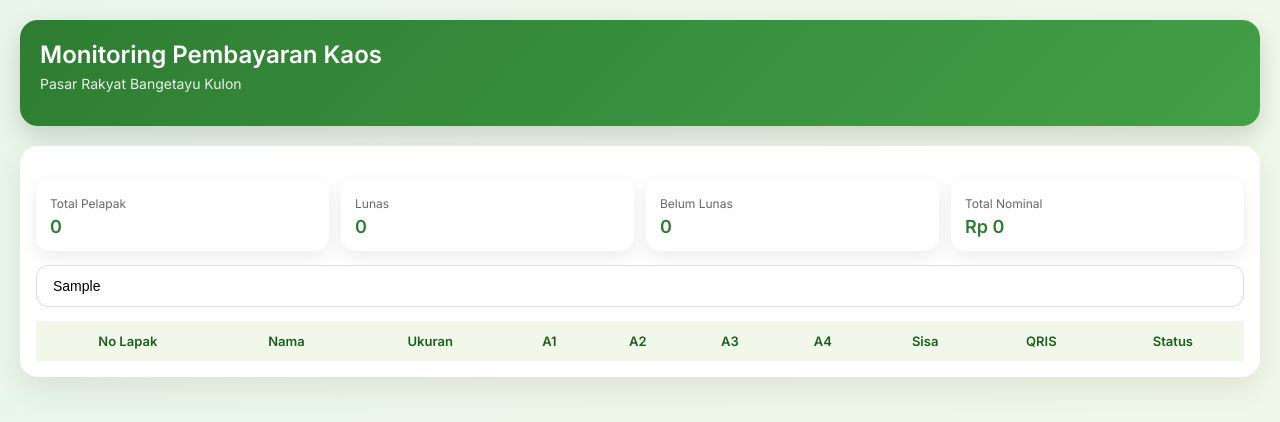
Repository: pasarrakyatbak/monitoringpembayarankaos
Page: index.html
These files come from the project's save history. The page is drawn as it stood at one moment and after a run of saves; the edit follows.
The browser window is 1280 px wide. The pictures show the whole page.
Empty fields were first filled with sample values (such as "Sample", 5 or name@example.com).
After loading, the first visible `#searchInput` was changed once.
The page's requests for data from a server got no answer.

Above is the page before, as saved 2026-01-04 13:56:54.

### index.html
<!DOCTYPE html>
<html lang="id">

<head>
    <meta charset="UTF-8">
    <meta name="viewport" content="width=device-width, initial-scale=1.0">
    <title>Monitoring Pembayaran Kaos</title>

    <!-- FONT -->
    <link rel="preconnect" href="https://fonts.googleapis.com">
    <link rel="preconnect" href="https://fonts.gstatic.com" crossorigin>
    <link href="https://fonts.googleapis.com/css2?family=Inter:wght@400;500;600&display=swap" rel="stylesheet">

    <link rel="stylesheet" href="style.css">
</head>

<body>

    <div class="app">

        <!-- HEADER -->
        <header class="header">
            <h1>Monitoring Pembayaran Kaos</h1>
            <p>Pasar Rakyat Bangetayu Kulon</p>
        </header>
        <!-- CARD -->
        <div class="card">

            <!-- RINGKASAN -->
            <div class="summary" id="summary">
                <div class="summary-card total">
                    <span>Total Pelapak</span>
                    <strong id="totalPelapak">0</strong>
                </div>
                <div class="summary-card lunas">
                    <span>Lunas</span>
                    <strong id="totalLunas">0</strong>
                </div>
                <div class="summary-card belum">
                    <span>Belum Lunas</span>
                    <strong id="totalBelum">0</strong>
                </div>
            </div>

            <!-- TOOLBAR -->
            <div class="toolbar">
                <input type="text" id="searchInput" placeholder="🔍 Cari No Lapak / Nama Pelapak">
            </div>

            <!-- DESKTOP TABLE -->
            <div class="desktop-view">
                <table>
                    <thead>
                        <tr>
                            <th>No Lapak</th>
                            <th>Nama</th>
                            <th>Ukuran</th>
                            <th>A1</th>
                            <th>A2</th>
                            <th>A3</th>
                            <th>A4</th>
                            <th>Sisa</th>
                            <th>QRIS</th>
                            <th>Status</th>
                        </tr>
                    </thead>
                    <tbody id="tableBody"></tbody>
                </table>
            </div>

            <!-- MOBILE CARD -->
            <div class="mobile-view" id="cardContainer"></div>

        </div>

    </div>

    <script src="script.js"></script>
</body>

</html>

### style.css
* {
  box-sizing: border-box;
}

body {
  margin: 0;
  font-family: 'Inter', sans-serif;
  background: linear-gradient(135deg, #e8f5e9, #f1f8e9);
}

.app {
  max-width: 1400px;
  margin: auto;
  padding: 20px;
}

/* ================= HEADER ================= */
.header {
  background: linear-gradient(135deg, #2e7d32, #43a047);
  color: #fff;
  padding: 20px;
  border-radius: 18px;
  box-shadow: 0 10px 25px rgba(0, 0, 0, .15);
}

.header h1 {
  margin: 0;
  font-size: 24px;
}

.header p {
  margin-top: 6px;
  opacity: .9;
  font-size: 14px;
}

/* ================= CARD ================= */
.card {
  margin-top: 20px;
  background: #fff;
  border-radius: 18px;
  padding: 16px;
  box-shadow: 0 12px 30px rgba(0, 0, 0, .08);
}

/* ================= SUMMARY ================= */
.summary {
  display: grid;
  grid-template-columns: repeat(3, 1fr);
  gap: 12px;
  margin-bottom: 14px;
}

.summary-card {
  background: #f5f5f5;
  border-radius: 14px;
  padding: 12px;
  text-align: center;
  font-size: 13px;
}

.summary-card strong {
  display: block;
  font-size: 22px;
  margin-top: 4px;
}

.summary-card.total {
  background: #e3f2fd;
  color: #1565c0;
}

.summary-card.lunas {
  background: #e8f5e9;
  color: #2e7d32;
}

.summary-card.belum {
  background: #ffebee;
  color: #c62828;
}

/* ================= TOOLBAR ================= */
.toolbar input {
  width: 100%;
  padding: 12px 16px;
  border-radius: 12px;
  border: 1px solid #ddd;
  font-size: 14px;
}

.toolbar input:focus {
  outline: none;
  border-color: #2e7d32;
}

/* ================= TABLE ================= */
.desktop-view {
  overflow-x: auto;
}

table {
  width: 100%;
  border-collapse: collapse;
  margin-top: 14px;
  min-width: 1000px;
}

thead th {
  background: #f1f8e9;
  color: #1b5e20;
  padding: 12px;
  font-size: 13px;
  position: sticky;
  top: 0;
}

tbody td {
  padding: 12px;
  font-size: 13px;
  text-align: center;
  border-bottom: 1px solid #eee;
}

tbody tr:hover {
  background: #fafafa;
}

/* 🔴 AUTO MERAH BELUM LUNAS */
tr.belum-lunas {
  background: #ffebee !important;
}

tr.belum-lunas:hover {
  background: #ffcdd2 !important;
}

/* ================= BADGE ================= */
.badge {
  padding: 4px 10px;
  border-radius: 20px;
  font-size: 12px;
  font-weight: 600;
}

.badge-lunas {
  background: #e8f5e9;
  color: #2e7d32;
}

.badge-belum {
  background: #fff3e0;
  color: #ef6c00;
}

.badge-yes {
  background: #e3f2fd;
  color: #1565c0;
}

.badge-no {
  background: #fce4ec;
  color: #c2185b;
}

/* ================= MOBILE CARD ================= */
.mobile-view {
  display: none;
  margin-top: 16px;
  gap: 14px;
}

.pelapak-card {
  background: #fff;
  border-radius: 16px;
  padding: 14px;
  box-shadow: 0 8px 20px rgba(0, 0, 0, .08);
  border-left: 6px solid #2e7d32;
}

/* 🔴 CARD MERAH BELUM LUNAS */
.pelapak-card.belum-lunas {
  border-left-color: #c62828;
  background: #fff5f5;
}

.pelapak-header {
  display: flex;
  justify-content: space-between;
  align-items: center;
}

.lapak {
  font-weight: 600;
  color: #1b5e20;
}

.nama {
  font-size: 13px;
  color: #555;
}

.pelapak-body {
  margin-top: 10px;
  display: grid;
  grid-template-columns: repeat(2, 1fr);
  gap: 8px;
}

.item {
  background: #f1f8e9;
  border-radius: 10px;
  padding: 8px;
  text-align: center;
  font-size: 12px;
}

.item span {
  display: block;
  font-size: 11px;
  color: #666;
}

/* SUMMARY */
.summary {
  display: grid;
  grid-template-columns: repeat(auto-fit, minmax(160px, 1fr));
  gap: 12px;
  margin-top: 16px;
}

.summary-box {
  background: #ffffff;
  border-radius: 14px;
  padding: 14px;
  box-shadow: 0 6px 18px rgba(0, 0, 0, .08);
}

.summary-box span {
  font-size: 12px;
  color: #666;
}

.summary-box strong {
  display: block;
  margin-top: 4px;
  font-size: 18px;
  color: #2e7d32;
}

/* AUTO MERAH BELUM LUNAS */
tr.belum-lunas {
  background: #fff5f5;
}

.pelapak-card.belum-lunas {
  border-left: 6px solid #d32f2f;
}

/* BADGE BELUM */
.badge-belum {
  background: #ffebee;
  color: #c62828;
}

/* ================= RESPONSIVE ================= */
@media (max-width: 768px) {

  .desktop-view {
    display: none;
  }

  .mobile-view {
    display: grid;
    grid-template-columns: 1fr;
    gap: 16px;
  }

  .summary {
    grid-template-columns: 1fr;
  }

  .lapak {
    font-size: 16px;
  }

  .nama {
    font-size: 14px;
  }

  .pelapak-body {
    font-size: 13px;
  }

  .item.full {
    grid-column: span 2;
  }

  .item strong {
    font-weight: 600;
    color: #2e7d32;
  }
}

### script.js
const API_URL = "https://script.google.com/macros/s/AKfycby4z2qZ24SrJkcyGpybH29lSUC_3_z1LG-7wSmTzpaOEXrwjXf0Cl3hqkg95qAxPj1-/exec";

let allData = [];

document.addEventListener('DOMContentLoaded', () => {
    const searchInput = document.getElementById('searchInput');
    const tableBody = document.getElementById('tableBody');
    const cardContainer = document.getElementById('cardContainer');
    const summary = document.getElementById('summary');

    // =============================
    // LOAD DATA
    // =============================
    async function loadData() {
        const res = await fetch(API_URL + "?action=list");
        const data = await res.json();
        allData = data;
        renderAll(data);
        renderSummary(data);
    }

    // =============================
    // SUMMARY
    // =============================
    function renderSummary(data) {
        const totalPelapak = data.length;
        const lunas = data.filter(d => d.lunas).length;
        const belum = totalPelapak - lunas;
        const totalNominal = data.reduce((sum, d) => sum + Number(d.total), 0);

        summary.innerHTML = `
      <div class="summary-box">
        <span>Total Pelapak</span>
        <strong>${totalPelapak}</strong>
      </div>
      <div class="summary-box">
        <span>Lunas</span>
        <strong>${lunas}</strong>
      </div>
      <div class="summary-box">
        <span>Belum Lunas</span>
        <strong>${belum}</strong>
      </div>
      <div class="summary-box">
        <span>Total Nominal</span>
        <strong>Rp ${totalNominal.toLocaleString('id-ID')}</strong>
      </div>
    `;
    }

    // =============================
    // RENDER ALL
    // =============================
    function renderAll(data) {
        renderTable(data);
        renderCard(data);
    }

    // =============================
    // TABLE (DESKTOP)
    // =============================
    function renderTable(data) {
        tableBody.innerHTML = '';

        data.forEach((row, index) => {
            const statusText = row.lunas ? 'Lunas' : 'Belum';
            const statusBadge = row.lunas ? 'badge-lunas' : 'badge-belum';
            const rowClass = row.lunas ? '' : 'belum-lunas';

            tableBody.innerHTML += `
        <tr class="${rowClass}">
          <td>${row.noLapak}</td>
          <td>${row.nama}</td>
          <td>${row.ukuran}</td>
          <td>${row.a1}</td>
          <td>${row.a2}</td>
          <td>${row.a3}</td>
          <td>${row.a4}</td>
          <td>Rp ${Number(row.total).toLocaleString('id-ID')}</td>
          <td>
            <input type="checkbox" ${row.qris ? 'checked' : ''} data-index="${index}">
          </td>
          <td>
            <span class="badge ${statusBadge}">${statusText}</span>
          </td>
        </tr>
      `;
        });
    }

    // =============================
    // CARD (MOBILE)
    // =============================
    function renderCard(data) {
        cardContainer.innerHTML = '';

        data.forEach((row, index) => {
            const statusText = row.lunas ? 'Lunas' : 'Belum';
            const statusBadge = row.lunas ? 'badge-lunas' : 'badge-belum';
            const cardClass = row.lunas ? '' : 'belum-lunas';

            cardContainer.innerHTML += `
        <div class="pelapak-card ${cardClass}">
          <div class="pelapak-header">
            <div>
              <div class="lapak">Lapak ${row.noLapak}</div>
              <div class="nama">${row.nama}</div>
            </div>
            <span class="badge ${statusBadge}">${statusText}</span>
          </div>

          <div class="pelapak-body">
            <div class="item"><span>Ukuran</span><strong>${row.ukuran}</strong></div>
            <div class="item">
              <span>QRIS</span>
              <input type="checkbox" ${row.qris ? 'checked' : ''} data-index="${index}">
            </div>
            <div class="item"><span>A1</span><strong>${row.a1}</strong></div>
            <div class="item"><span>A2</span><strong>${row.a2}</strong></div>
            <div class="item"><span>A3</span><strong>${row.a3}</strong></div>
            <div class="item"><span>A4</span><strong>${row.a4}</strong></div>
            <div class="item full">
              <span>Total</span>
              <strong>Rp ${Number(row.total).toLocaleString('id-ID')}</strong>
            </div>
          </div>
        </div>
      `;
        });
    }

    // =============================
    // UPDATE QRIS
    // =============================
    document.body.addEventListener('change', async (e) => {
        if (e.target.type === 'checkbox' && e.target.dataset.index !== undefined) {
            const index = e.target.dataset.index;

            const formData = new FormData();
            formData.append("action", "updateQRIS");
            formData.append("index", index);
            formData.append("qris", e.target.checked ? "true" : "false");

            await fetch(API_URL, { method: "POST", body: formData });
            loadData();
        }
    });

    // =============================
    // SEARCH
    // =============================
    searchInput.addEventListener('keyup', () => {
        const keyword = searchInput.value.toLowerCase();
        const filtered = allData.filter(item =>
            item.noLapak.toString().includes(keyword) ||
            item.nama.toLowerCase().includes(keyword)
        );
        renderAll(filtered);
        renderSummary(filtered);
    });

    loadData();
});

After the next 2 saves:
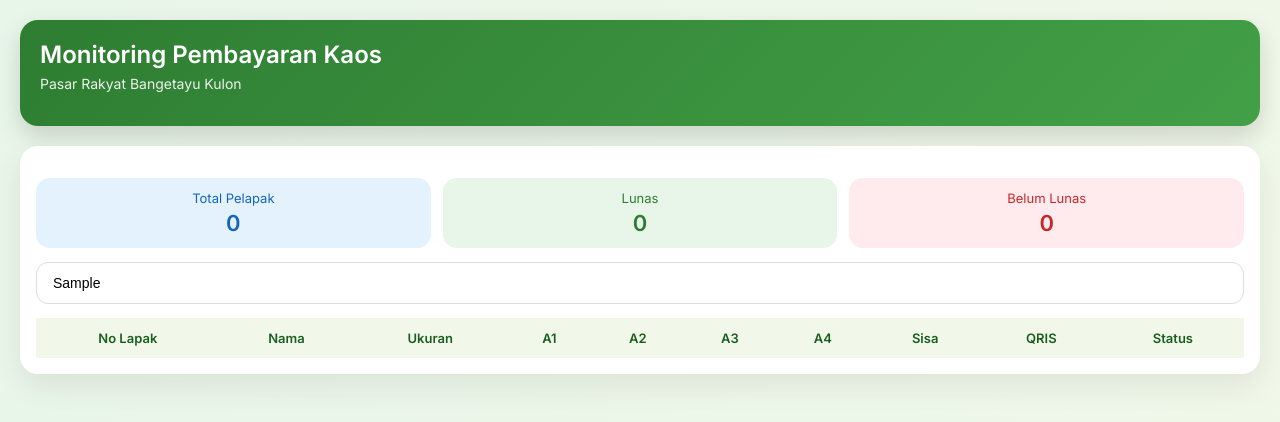
The 2 saves are shown as one change because they came seconds apart.
The last was saved 114 s later.
--- a/script.js
+++ b/script.js
@@ -24,30 +24,13 @@ document.addEventListener('DOMContentLoaded', () => {
     // =============================
     function renderSummary(data) {
         const totalPelapak = data.length;
-        const lunas = data.filter(d => d.lunas).length;
-        const belum = totalPelapak - lunas;
-        const totalNominal = data.reduce((sum, d) => sum + Number(d.total), 0);
+        const totalLunas = data.filter(d => d.lunas).length;
+        const totalBelum = totalPelapak - totalLunas;
 
-        summary.innerHTML = `
-      <div class="summary-box">
-        <span>Total Pelapak</span>
-        <strong>${totalPelapak}</strong>
-      </div>
-      <div class="summary-box">
-        <span>Lunas</span>
-        <strong>${lunas}</strong>
-      </div>
-      <div class="summary-box">
-        <span>Belum Lunas</span>
-        <strong>${belum}</strong>
-      </div>
-      <div class="summary-box">
-        <span>Total Nominal</span>
-        <strong>Rp ${totalNominal.toLocaleString('id-ID')}</strong>
-      </div>
-    `;
+        document.getElementById('totalPelapak').textContent = totalPelapak;
+        document.getElementById('totalLunas').textContent = totalLunas;
+        document.getElementById('totalBelum').textContent = totalBelum;
     }
-
     // =============================
     // RENDER ALL
     // =============================
